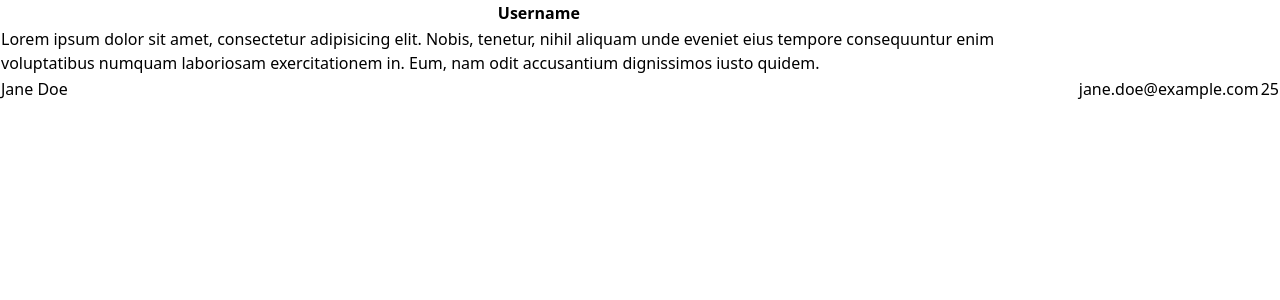
Repository: Yahya9102/Java22-ux22-Sideproject-main
Page: /
An editor plug-in stored every save of this project. The page is shown before and after the next save, followed by the edit.
The browser window is 1280 px wide. The pictures show the whole page.
The project was rebuilt for these pictures with package versions that can differ from the ones it lists, and the page was loaded fresh each time. The framework's server and built-in components were replaced by stand-ins that run in the browser. Also part of the build but not shown: next.config.js.

Above is the page before, as saved 2023-04-13 10:01:33.

### pages/index.tsx
import { NextPage } from "next"
import Body from "@/p-components/body"

interface Props {}

const Index: NextPage<Props> = ({}) => {
  return (
    <div>
      <Body />
    </div>
  )
}

export default Index

### styles/globals.css
@tailwind base;
@tailwind components;
@tailwind utilities;
/*
:root {
  --max-width: 1100px;
  --border-radius: 12px;
  --font-mono: ui-monospace, Menlo, Monaco, "Cascadia Mono", "Segoe UI Mono",
    "Roboto Mono", "Oxygen Mono", "Ubuntu Monospace", "Source Code Pro",
    "Fira Mono", "Droid Sans Mono", "Courier New", monospace;

  --foreground-rgb: 0, 0, 0;
  --background-start-rgb: 214, 219, 220;
  --background-end-rgb: 255, 255, 255;

  --primary-glow: conic-gradient(
    from 180deg at 50% 50%,
    #16abff33 0deg,
    #0885ff33 55deg,
    #54d6ff33 120deg,
    #0071ff33 160deg,
    transparent 360deg
  );
  --secondary-glow: radial-gradient(
    rgba(255, 255, 255, 1),
    rgba(255, 255, 255, 0)
  );

  --tile-start-rgb: 239, 245, 249;
  --tile-end-rgb: 228, 232, 233;
  --tile-border: conic-gradient(
    #00000080,
    #00000040,
    #00000030,
    #00000020,
    #00000010,
    #00000010,
    #00000080
  );

  --callout-rgb: 238, 240, 241;
  --callout-border-rgb: 172, 175, 176;
  --card-rgb: 180, 185, 188;
  --card-border-rgb: 131, 134, 135;
}

@media (prefers-color-scheme: dark) {
  :root {
    --foreground-rgb: 255, 255, 255;
    --background-start-rgb: 0, 0, 0;
    --background-end-rgb: 0, 0, 0;

    --primary-glow: radial-gradient(rgba(1, 65, 255, 0.4), rgba(1, 65, 255, 0));
    --secondary-glow: linear-gradient(
      to bottom right,
      rgba(1, 65, 255, 0),
      rgba(1, 65, 255, 0),
      rgba(1, 65, 255, 0.3)
    );

    --tile-start-rgb: 2, 13, 46;
    --tile-end-rgb: 2, 5, 19;
    --tile-border: conic-gradient(
      #ffffff80,
      #ffffff40,
      #ffffff30,
      #ffffff20,
      #ffffff10,
      #ffffff10,
      #ffffff80
    );

    --callout-rgb: 20, 20, 20;
    --callout-border-rgb: 108, 108, 108;
    --card-rgb: 100, 100, 100;
    --card-border-rgb: 200, 200, 200;
  }
}

* {
  box-sizing: border-box;
  padding: 0;
  margin: 0;
}

html,
body {
  max-width: 100vw;
  overflow-x: hidden;
}

body {
  color: rgb(var(--foreground-rgb));
  background: linear-gradient(
      to bottom,
      transparent,
      rgb(var(--background-end-rgb))
    )
    rgb(var(--background-start-rgb));
}

a {
  color: inherit;
  text-decoration: none;
}

@media (prefers-color-scheme: dark) {
  html {
    color-scheme: dark;
  }
}
*/

### p-components/body.tsx
import { NextPage } from "next"

interface Props {}

const Body: NextPage<Props> = ({}) => {
  return (
    <fieldset>
      <table>
        <thead>
          <tr>
            <th>Username</th>
          </tr>
        </thead>
        <tbody>
          <tr>
            <td>
              Lorem ipsum dolor sit amet, consectetur adipisicing elit. Nobis,
              tenetur, nihil aliquam unde eveniet eius tempore consequuntur enim
              voluptatibus numquam laboriosam exercitationem in. Eum, nam odit
              accusantium dignissimos iusto quidem.
            </td>
          </tr>
          <tr>
            <td>Jane Doe</td>
            <td>jane.doe@example.com</td>
            <td>25</td>
          </tr>
        </tbody>
      </table>
    </fieldset>
  )
}

export default Body

Loaded but not shown: pages/_app.tsx (common file); pages/_document.tsx (common file); tailwind.config.js (common file)

After the next save:
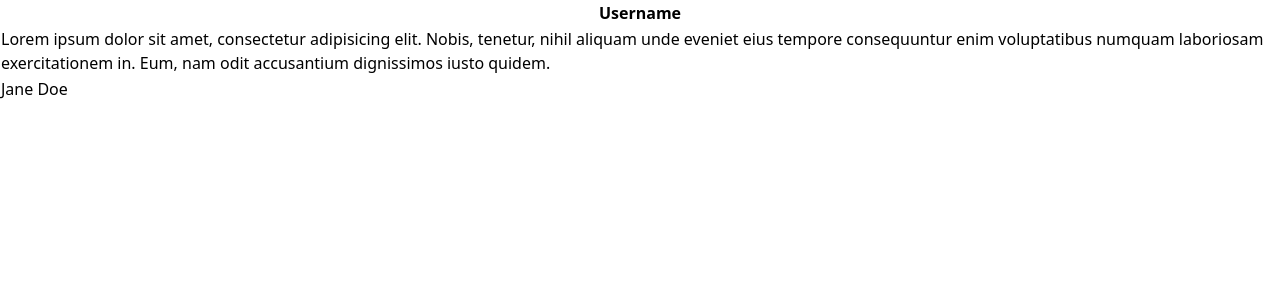
Saved 15 s later.
--- a/p-components/body.tsx
+++ b/p-components/body.tsx
@@ -22,8 +22,6 @@ const Body: NextPage<Props> = ({}) => {
           </tr>
           <tr>
             <td>Jane Doe</td>
-            <td>jane.doe@example.com</td>
-            <td>25</td>
           </tr>
         </tbody>
       </table>
